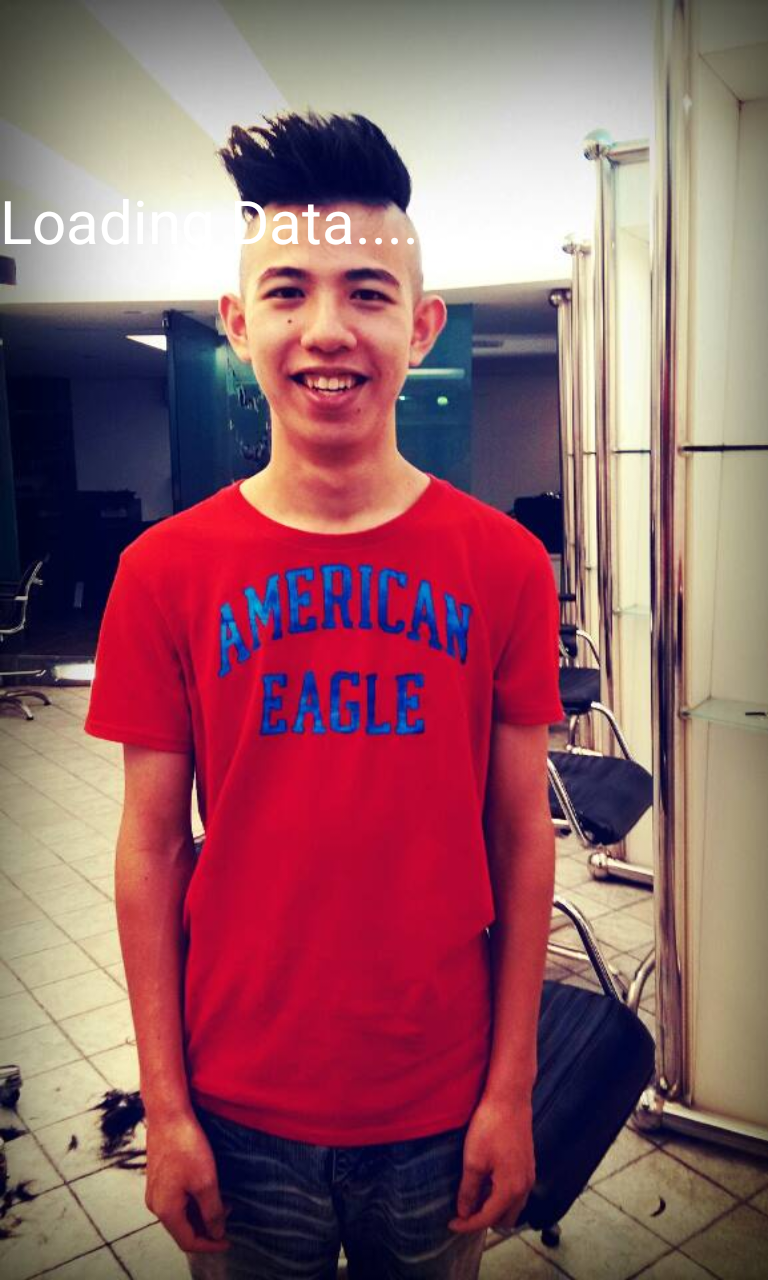
Repository: gt212345/p4p-android
Layout: p4p-android/res/layout/activity_welcome.xml
The author's editor kept a copy of each file at every save. The layout is drawn from the files as they stood at one save, then again after the next save.
It is drawn on a 768 x 1280 px phone screen (xhdpi) without system bars, with theme AppTheme; the app's code is not run.

Above is the layout before, as saved 2014-05-24 11:40:45.

After the next save:
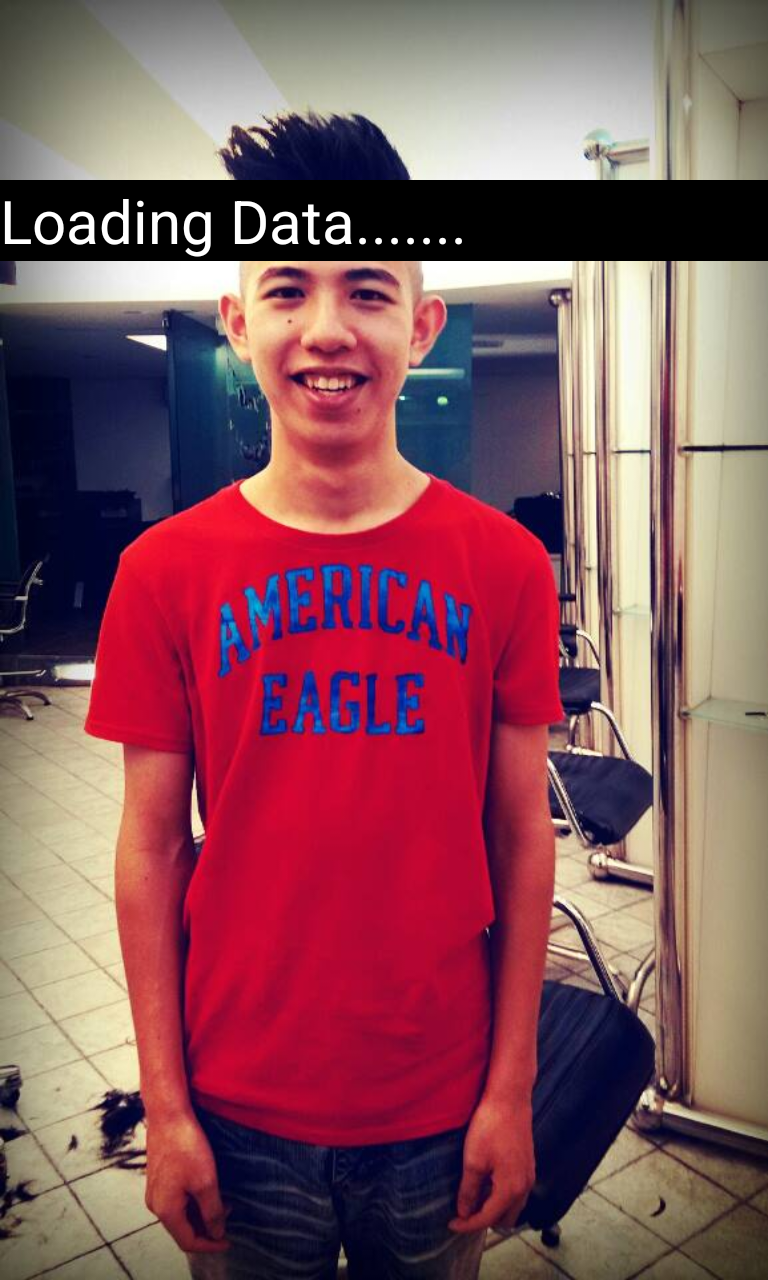
Saved 19 s later.
--- a/p4p-android/res/layout/activity_welcome.xml
+++ b/p4p-android/res/layout/activity_welcome.xml
@@ -13,6 +13,7 @@
         android:layout_alignParentRight="true"
         android:layout_alignParentTop="true"
         android:layout_marginTop="90dp"
+        android:background="#FF000000"
         android:textColor="#FFFFFFFF"
         android:textSize="30dp"
         android:text="Loading Data......." />
